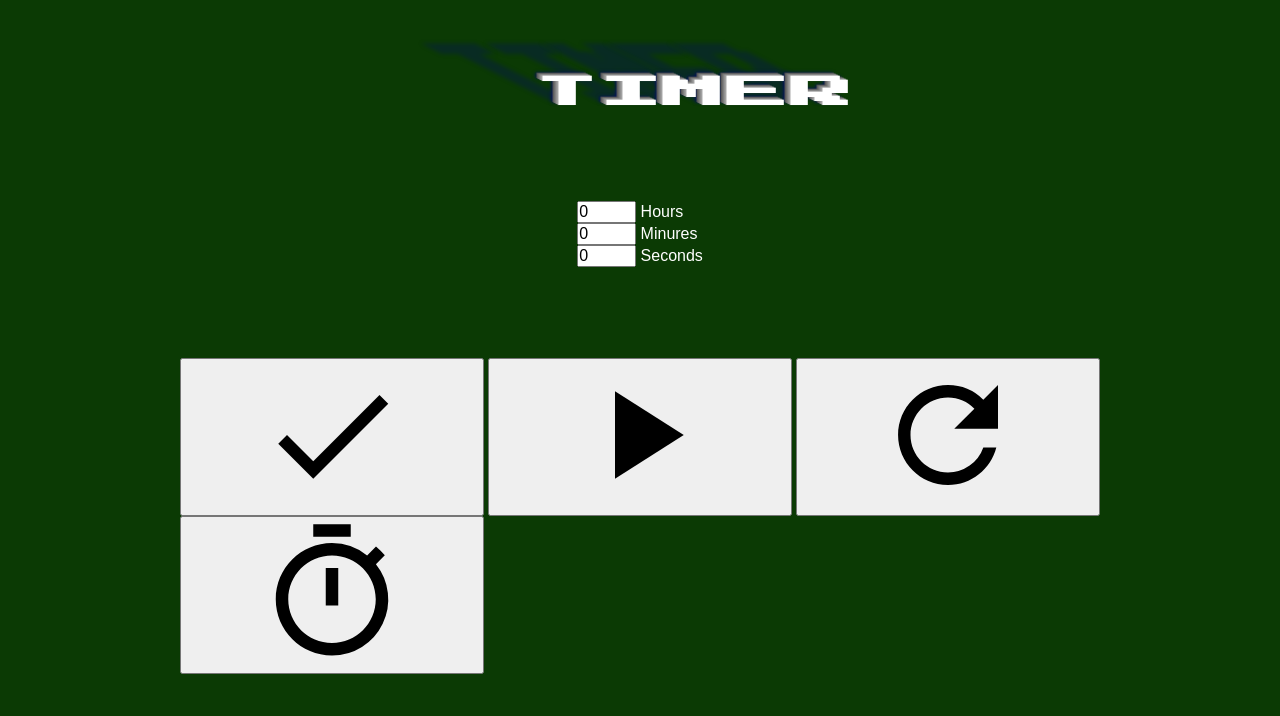
Repository: KrzysKolo/Projekt-12_Timer
Page: index.html
The author's editor kept a copy of each file at every save. The page is drawn from the files as they stood at one save, then again after the next save.
The browser window is 1280 px wide. The pictures show the whole page.
Some web fonts or font styles are not loaded; a fallback is used.

Above is the page before, as saved 2020-06-24 20:55:29.

After the next save:
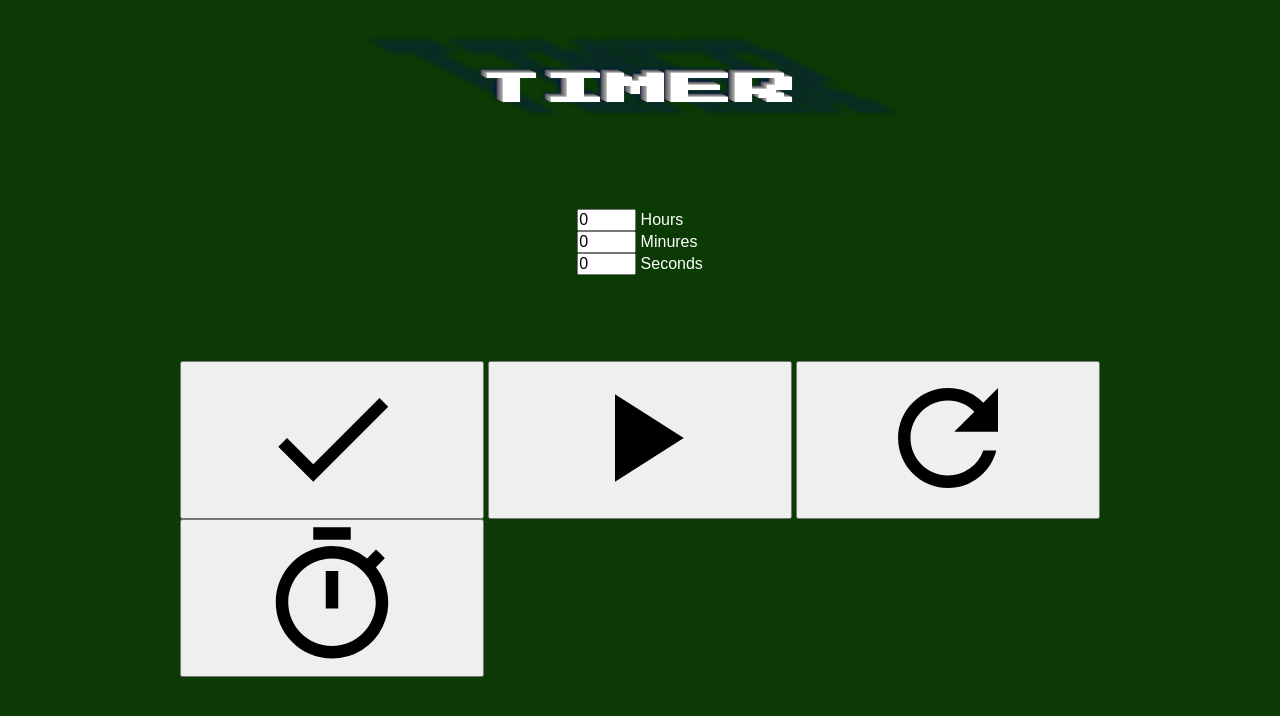
Saved 9 s later.
--- a/css/style.css
+++ b/css/style.css
@@ -26,7 +26,7 @@
 
 .timer__heading {
   font-family: "Press Start 2P", cursive;
-  font-size: 4rem;
+  font-size: 5rem;
   text-transform: uppercase;
   position: relative;
 

After the save that followed:
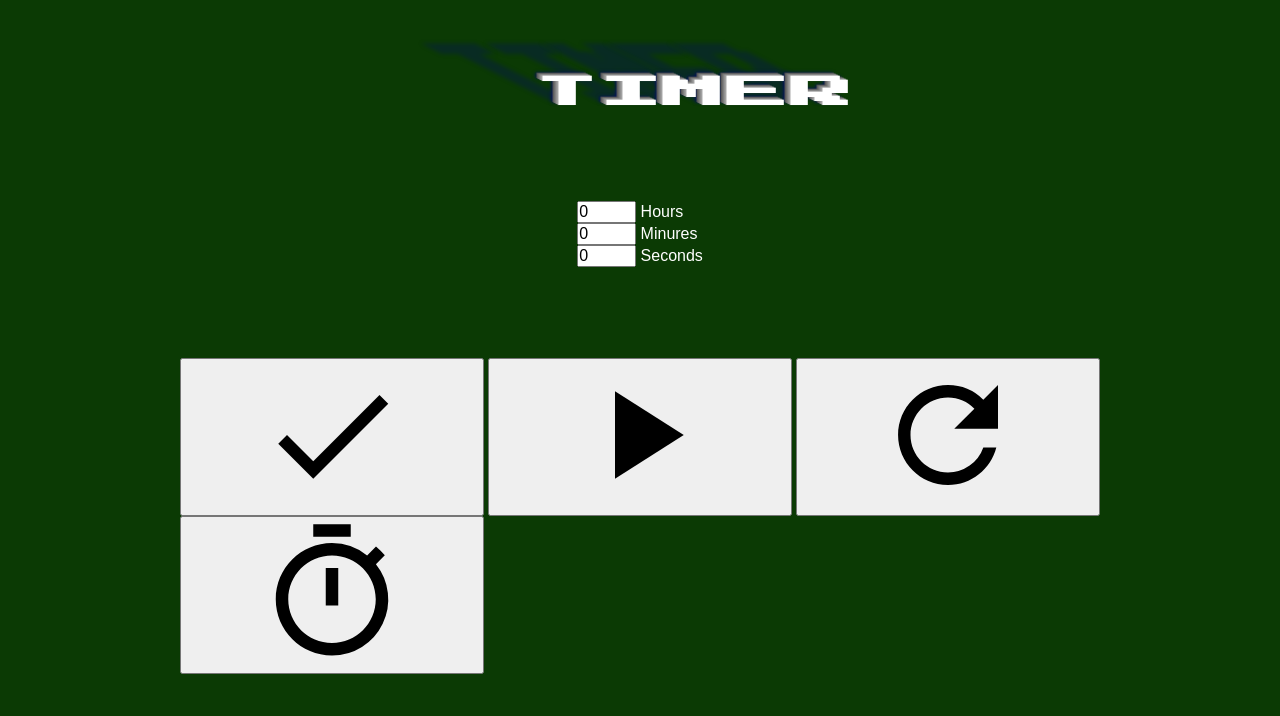
Saved 13 s later.
--- a/css/style.css
+++ b/css/style.css
@@ -26,7 +26,7 @@
 
 .timer__heading {
   font-family: "Press Start 2P", cursive;
-  font-size: 5rem;
+  font-size: 4rem;
   text-transform: uppercase;
   position: relative;
 
